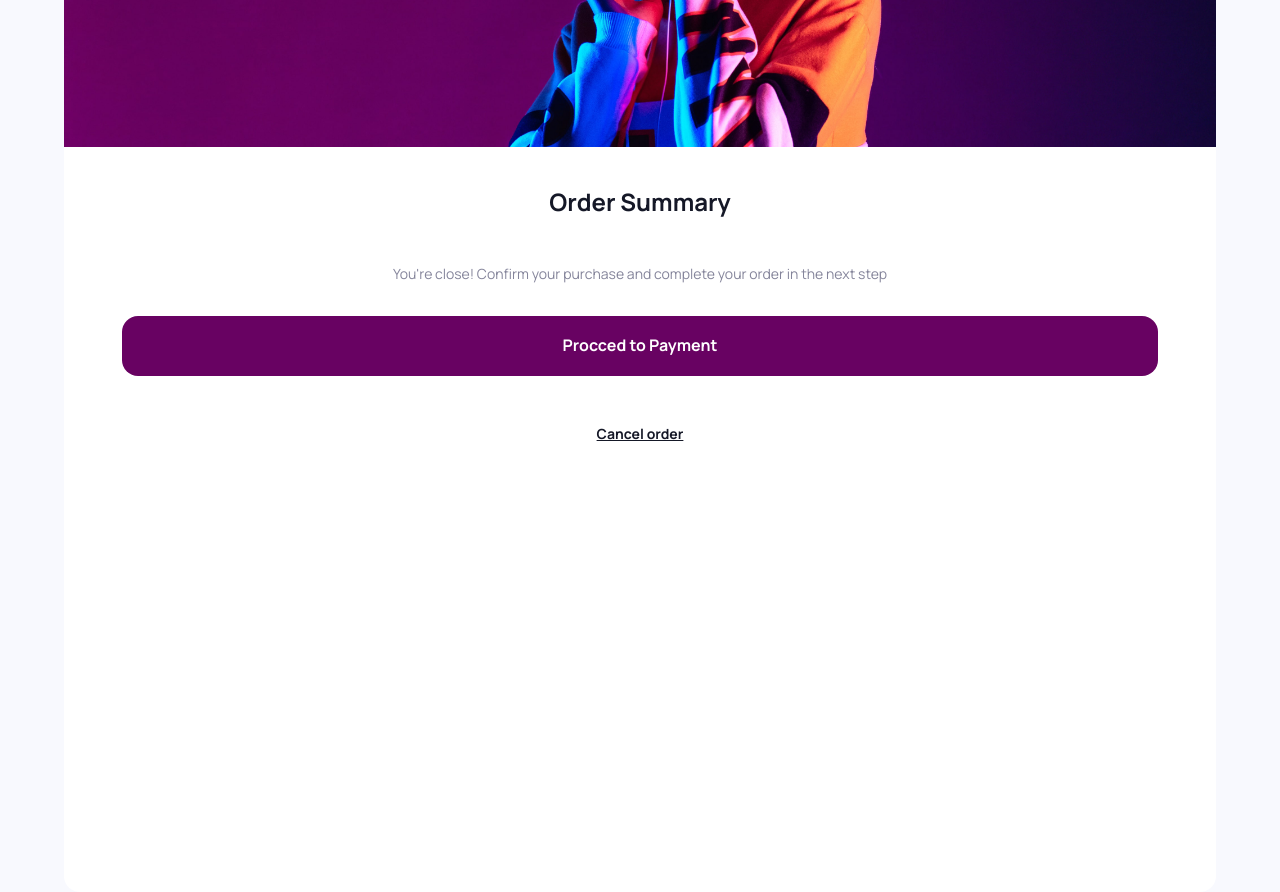
Repository: ssynowiec/INVO-Academy-solution
Page: /
The author's editor kept a copy of each file at every save. The page is drawn from the files as they stood at one save, then again after the next save.
The browser window is 1280 px wide. The pictures show the whole page.
The project was rebuilt for these pictures with package versions that can differ from the ones it lists, and the page was loaded fresh each time.

Above is the page before, as saved 2023-02-16 09:48:17.

After the next save:
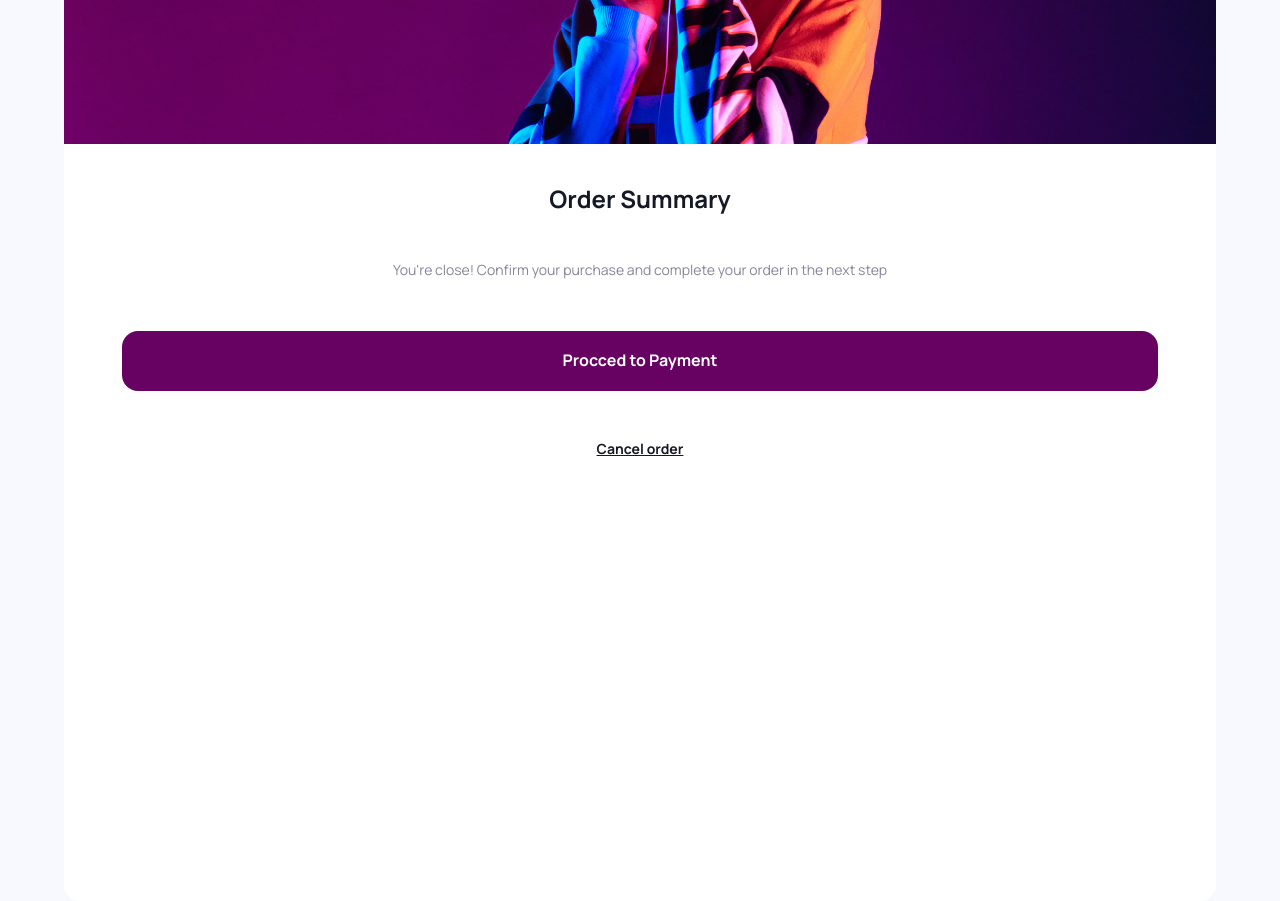
Saved 43 s later.
--- a/index.html
+++ b/index.html
@@ -16,7 +16,9 @@
       <img src="/images/girl.jpeg" alt="" class="order-image">
       <h1 class="order-title">Order Summary</h1>
       <p class="order-description">You're close! Confirm your purchase and complete your order in the next step</p>
-      <div></div>
+      <div>
+        <img src="" alt="" class="order-icon">
+      </div>
       <button class="order-button">Procced to Payment</button>
       <a href="#" class="order-link">Cancel order</a>
     </section>
